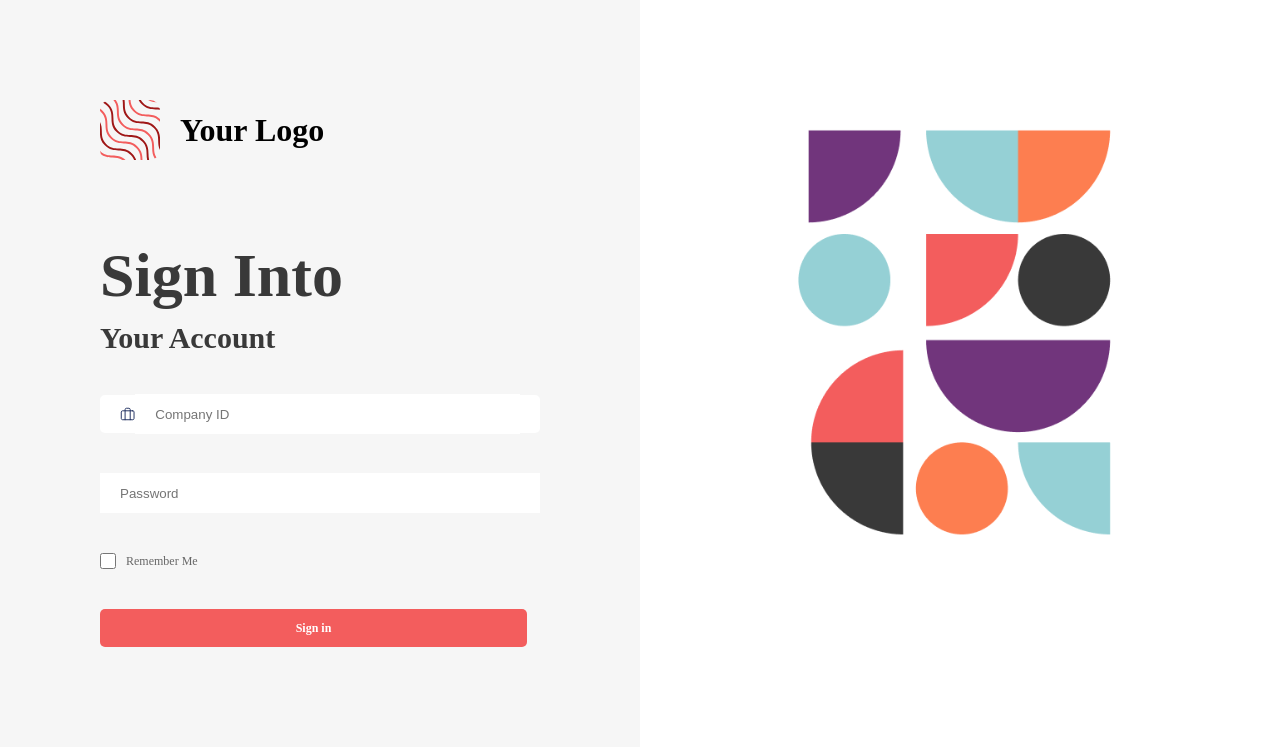
Repository: kubrazamanova/Form-lesson2
Page: index.html
An editor plug-in stored every save of this project. The page is shown before and after a run of saves, followed by the edit.
The browser window is 1280 px wide. The pictures show the whole page.

Above is the page before, as saved 2023-10-28 10:43:32.

After the next 2 saves:
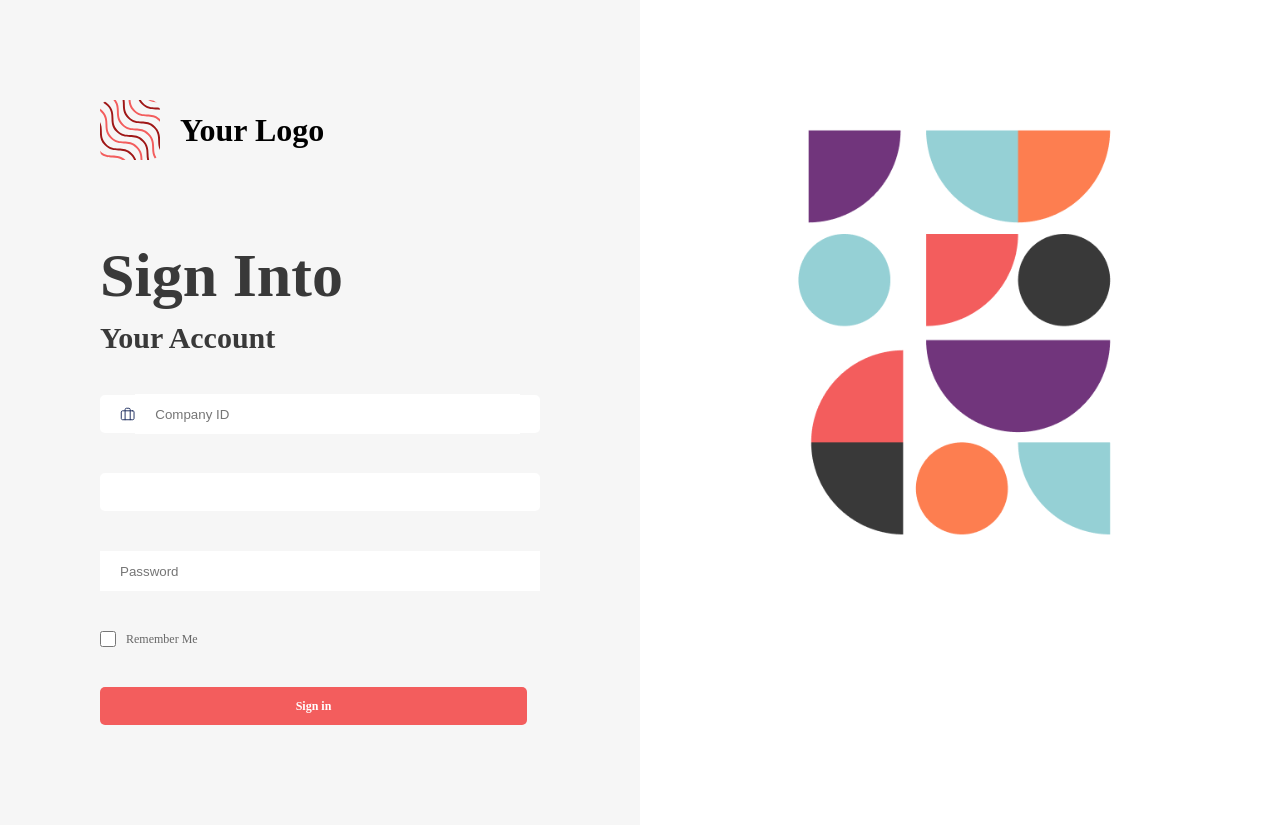
The 2 saves are shown as one change because they came seconds apart.
The last was saved 62 s later.
--- a/index.html
+++ b/index.html
@@ -81,6 +81,9 @@
               </svg>
             <input class="user-info-input" type="text" placeholder="Company ID" />
           </label>
+          <label for="">
+
+          </label>
           <input class="user-info-input"  type="password" placeholder="Password" />
           <div class="remember">
             <input type="checkbox" />
